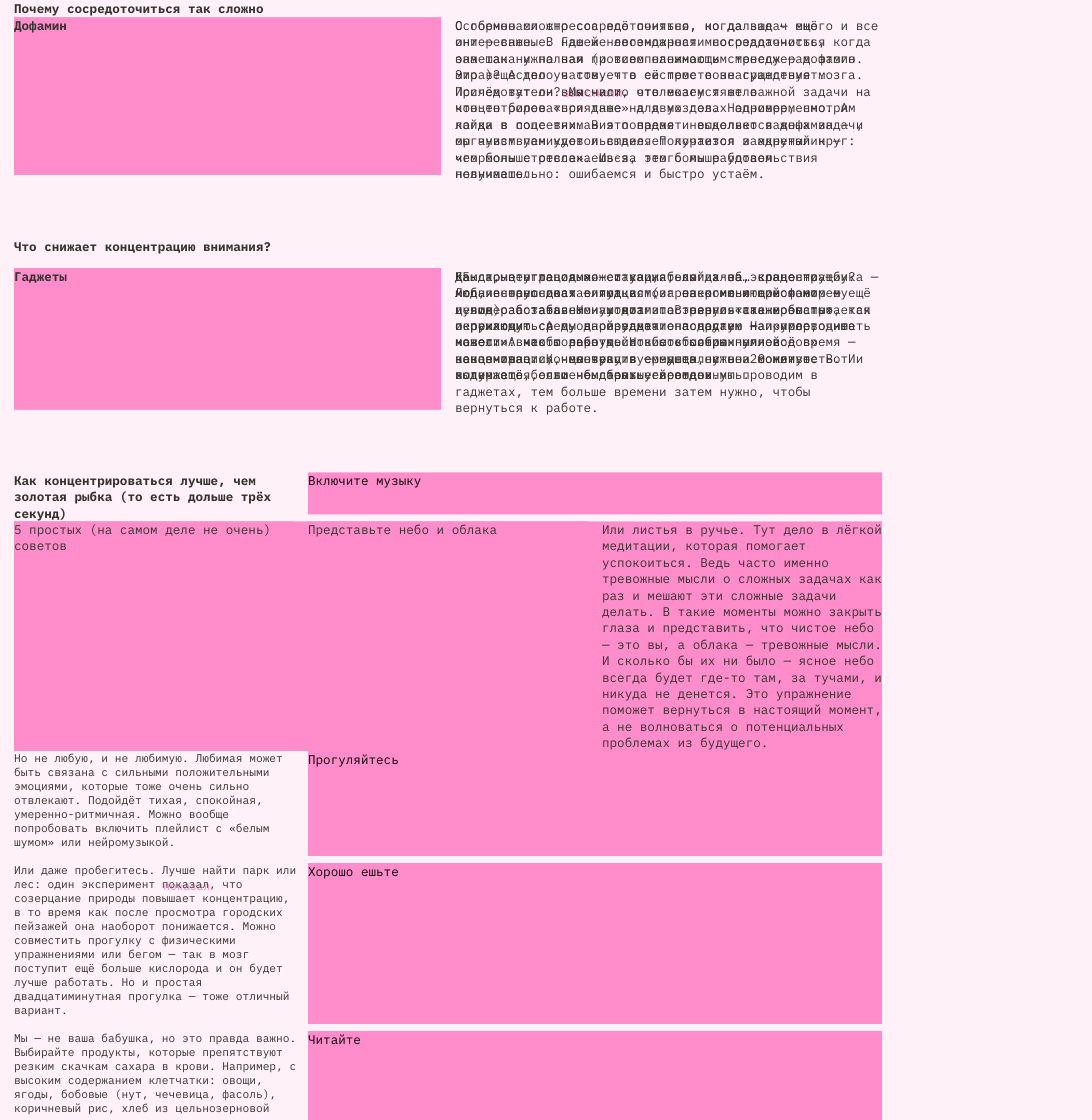
Repository: NikWolf75/slozhno-sosredotochitsya-fd
Page: index.html
The author's editor kept a copy of each file at every save. The page is drawn from the files as they stood at one save, then again after a run of saves.
The browser window is 1280 px wide. The page is 1560 px wide, so the pictures cover 1560 px, including what lies to the right of the window. The pictures show the part of the page from y = 827 to 2427 px (the page is 7191 px tall before and 7271 px after), at 70% of full size.

Above is the page before, as saved 2025-02-27 23:26:06.

After the next 2 saves:
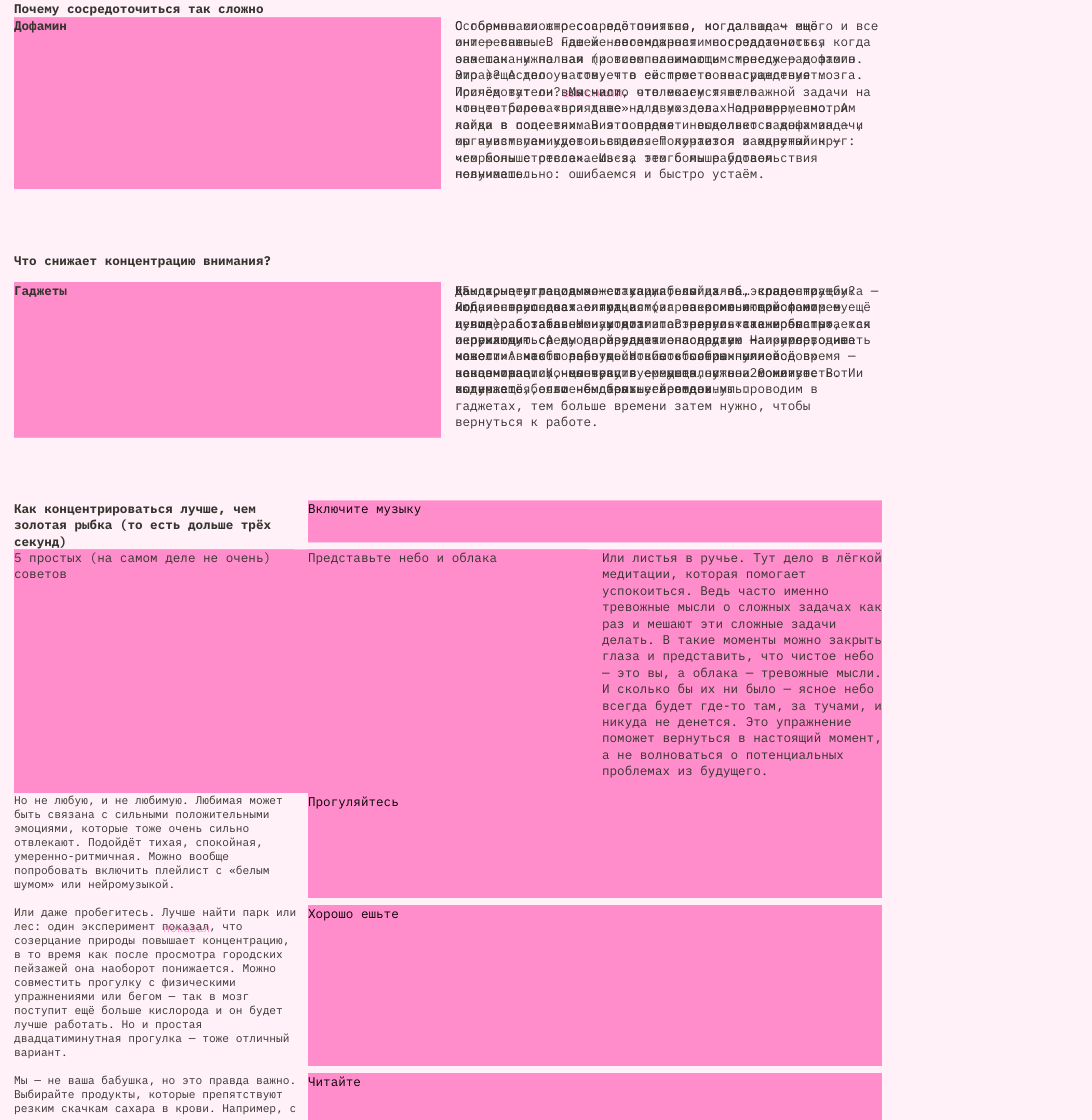
The 2 saves are shown as one change because they came seconds apart.
The last was saved 12 s later.
--- a/styles/style.css
+++ b/styles/style.css
@@ -382,7 +382,7 @@
   line-height: inherit;
   color: var(--answer-text-color);
   margin: 0;
-  margin-bottom: 20px;
+  padding-bottom: 20px;
 }
 
 .answer, .answer_large:last-of-type {
